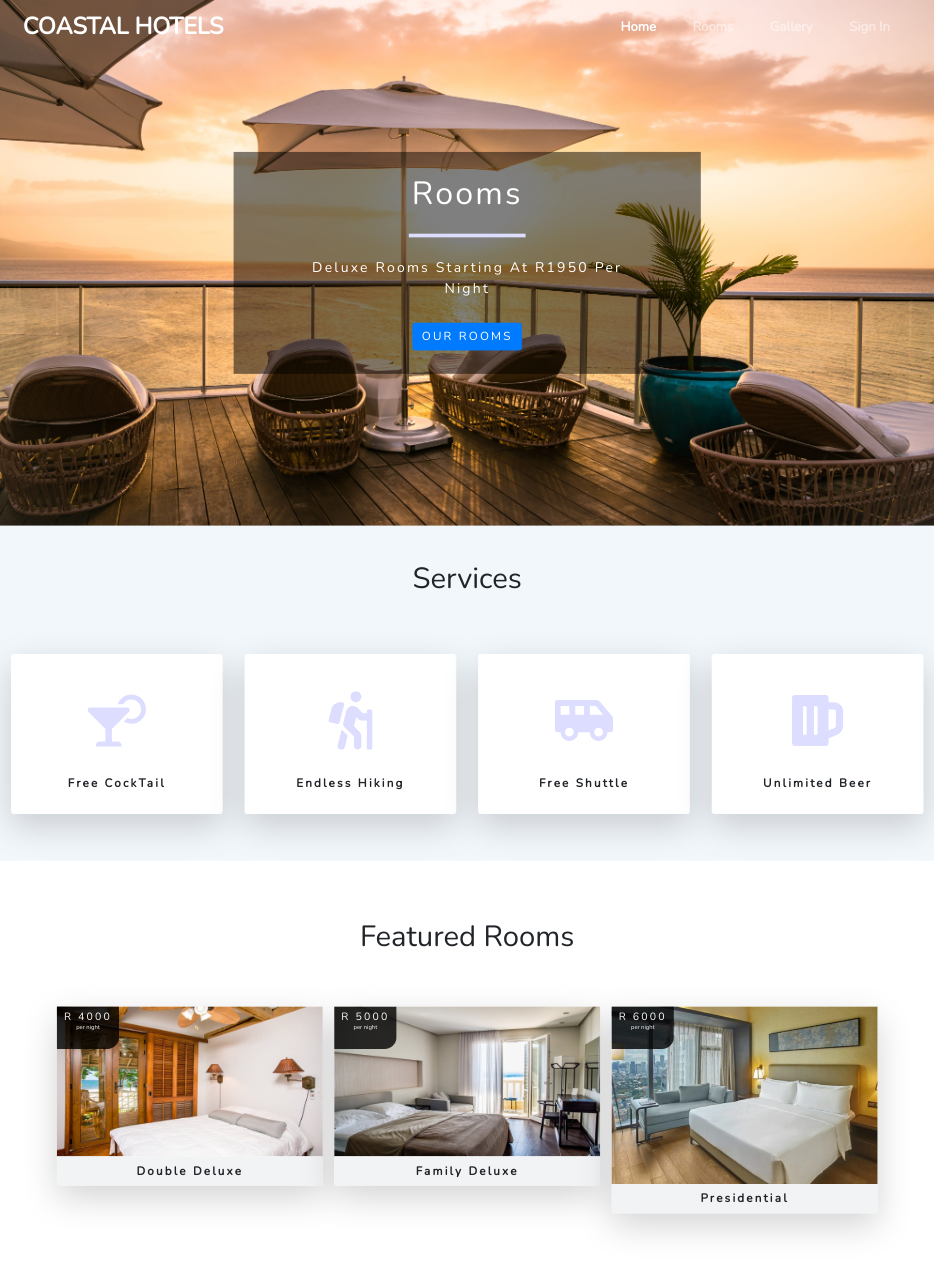
Repository: tebo27cMd/hotel
Page: /
These files come from the project's save history. The page is drawn as it stood at one moment and after the next save; the edit follows.
The browser window is 1280 px wide. The pictures show the whole page, at 73% of full size.
The project was rebuilt for these pictures with package versions that can differ from the ones it lists, and the page was loaded fresh each time. Also part of the build but not shown: src/components/RoomsFilter.jsx, src/components/RoomsList.jsx, src/components/RoomsContainer.jsx, src/pages/Rooms.jsx, src/components/StyledHero.jsx, src/firebase.js, src/pages/SingleRoom.jsx, src/pages/Error.jsx and 7 more.

Above is the page before, as saved 2022-11-16 13:34:02.

### public/index.html
<!DOCTYPE html>
<html lang="en">
  <head>
    <meta charset="utf-8" />
    <link rel="icon" href="%PUBLIC_URL%/favicon.ico" />
    <meta name="viewport" content="width=device-width, initial-scale=1" />
    <meta name="theme-color" content="#000000" />
    <meta
      name="description"
      content="Web site created using create-react-app"
    />
    <link rel="apple-touch-icon" href="%PUBLIC_URL%/logo192.png" />
    <link rel="manifest" href="%PUBLIC_URL%/manifest.json" />
    <title>Hotel Booking App</title>
    <link href="https://fonts.googleapis.com/css2?family=Nunito&display=swap" rel="stylesheet">
  </head>
  <body>
    <noscript>You need to enable JavaScript to run this app.</noscript>
    <div id="root"></div>
  </body>
</html>

### src/index.js
import React from 'react';
import ReactDOM from 'react-dom';
import App from './App';
import './index.css'
import * as serviceWorker from './serviceWorker';
import {RoomProvider} from './context'


ReactDOM.render(
  <React.StrictMode>
  <RoomProvider>
     <App />
  </RoomProvider>
  </React.StrictMode>,
  document.getElementById('root')
);

serviceWorker.unregister();

### src/App.js
import React from 'react';
import './App.css';
import '../node_modules/bootstrap/dist/css/bootstrap.min.css';
import '../node_modules/bootstrap/dist/js/bootstrap.min.js';
import { BrowserRouter,Route,Switch } from 'react-router-dom';
import Home from './pages/Home';
import Rooms from './pages/Rooms';
import SingleRoom from './pages/SingleRoom';
import Error from './pages/Error';
import Navbar from './components/Navbar';
import About from './pages/About';
// import Footer from './components/Footer';
import Contact from './pages/Contact';
import Booknow from './pages/Booknow';
// import Login from './pages/Login';
// import Register from './pages/Register';
import Payment from './pages/Payments';
import Gallery from './pages/gallery';

function App() {
  return (
    <div className="App">
      <BrowserRouter>
        <Navbar/>
        <Switch>
          {/* <Route exact path="/" component={Login}/> */}
          <Route exact path="/" component={Home} />
          <Route path="/about" component={About} />
          <Route path="/contact" component={Contact} />
          <Route path="/rooms/:id" component={SingleRoom} />
          <Route path="/rooms/" component={Rooms}/>
          <Route path="/booknow/:id" component={Booknow} />
          <Route path='/payments' component={Payment}/>
          <Route path='/gallery' component={Gallery}/>
          {/* <Route path='/login' component={Login}/>
          <Route path='/register' component={Register}/> */}
          <Route component={Error}/>
        </Switch>
        {/* <Footer/> */}
      </BrowserRouter>
    </div>
  );
}

export default App;

### src/App.css
@import url('https://fonts.googleapis.com/css2?family=Nunito&display=swap');
body {
  margin: 0;
  padding: 0;
  font-family: 'Nunito', sans-serif;
}
* {
  margin: 0;
  padding: 0;
  box-sizing: border-box;
}
:root {
  --primaryColor: #ddddff;
  --mainWhite: #fff;
  --offWhite: #f7f7f7;
  --mainBlack: #222;
  --mainGrey: #ececec;
  --darkGrey: #cfcfcf;
  --mainTransition: all 0.3s linear;
  --mainSpacing: 3px;
  --lightShadow: 2px 5px 3px 0px rgba(0, 0, 0, 0.5);
  --darkShadow: 4px 10px 5px 0px rgba(0, 0, 0, 0.5);
}
/* globals */
h1 {
  font-size: 3em;
  line-height: 1;
  margin-bottom: 0.5em;
}
h2 {
  font-size: 2em;
  margin-bottom: 0.75em;
}
h3 {
  font-size: 1.5em;
  line-height: 1;
  margin-bottom: 1em;
}
h4 {
  font-size: 1.2em;
  line-height: 1.25;
  margin-bottom: 1.25em;
}
h5 {
  font-size: 1em;
  font-weight: bold;
  margin-bottom: 1.5em;
}
h6 {
  font-size: 1em;
  font-weight: bold;
  margin-bottom: 1.5em;
}

.btn-primary {
  display: inline-block;
  text-decoration: none;
  letter-spacing: var(--mainSpacing);
  color: var(--mainBlack);
  background: var(--primaryColor);
  padding: 0.4rem 0.9rem;
  border: 3px solid var(--primaryColor);
  transition: var(--mainTransition);
  text-transform: uppercase;
  cursor: pointer;
}
.btn-warning {
  display: inline-block;
  text-decoration: none;
  letter-spacing: var(--mainSpacing);
  color: var(--mainBlack);
  background: var(--primaryColor);
  padding: 0.4rem 0.9rem;
  border: 3px solid var(--primaryColor);
  transition: var(--mainTransition);
  text-transform: uppercase;
  cursor: pointer;
}
.btn-primary:hover{
  text-decoration: none;
  background: transparent!important;
  color: #fff!important;
}
.btn-warning:hover{
  text-decoration: none;
  background: transparent!important;
  color: yellow!important;
}
.loading {
  text-transform: capitalize;
  text-align: center;
  margin-top: 3rem;
}
.roomerror{
  margin-top: 100px;
}
.roomerror:hover .error{
  background-color: #2C3E50;
  color: #ffffff!important;
}
.error {
  text-align: center;
  text-transform: uppercase;
  margin: 2rem 0;
}
.empty-search {
  text-align: center;
  text-transform: capitalize;
  margin: 2rem 0;
  padding: 1rem;
  letter-spacing: var(--mainSpacing);
}

/* end of globals */
/* Navbar */
.nav-link{
  padding: 8px 15px;
  margin-left: 10px;
  margin-right: 20px;
  font-size: 18px;
  text-align: center;
  border: 2px solid transparent;
  transition: .5s linear;
  font-weight: 800;
  -webkit-transition: .5s linear;
  -moz-transition: .5s linear;
  -ms-transition: .5s linear;
  -o-transition: .5s linear;
}
.bg-transparent.scrolled {
  background-color: black!important;
  transition:500ms ease;
}

.navbar-brand{
  font-size: 32px!important;
  color: #ffffff!important;
}
.nav-link:hover{
  color: #ffffff;
  border-bottom: 2px solid #ffffff;
}
.nav-link.active_class{
color: #ffffff;
border: 2px solid #ffffff;
font-weight: 800;
}

.form-control{
border: 2px solid #000;
}
.form-control:focus,
.form-control.active {
  border: 2px solid #000000!important;
}
textarea:focus,
textarea.form-control:focus,
input.form-control:focus,
input[type=text]:focus,
input[type=password]:focus,
input[type=email]:focus,
input[type=number]:focus,
[type=text].form-control:focus,
[type=password].form-control:focus,
[type=email].form-control:focus,
[type=tel].form-control:focus,
[contenteditable].form-control:focus {
box-shadow: inset 0 -1px 0 #ddd;
}


/* end of navbar */
/* Hero */
.defaultHero,
.roomsHero {
  min-height: calc(100vh - 0px);
  background: url("./images/bg1.jpeg") center/cover no-repeat;
  display: flex;
  align-items: center;
  justify-content: center;
  position: relative;
}
.roomsHero {
  background-image: url("./images/room-2.jpg");
  min-height: calc(100vh - 0px);
}
.singleRoom {
  background-image: url("./images/room-3.jpeg");
  min-height: calc(100vh - 0px);
}
.roomsError{
  background-image: url("./images/error.jpg");
  min-height: calc(100vh - 0px);
}
.lost{
  font-size: 44px;
  color: yellow;
  text-align: center;
}
/* End of Hero */
/* Banner */
.banner {
  display: inline-block;
  position: absolute!important;
  background: rgba(0, 0, 0, 0.5)!important;
  color: var(--mainWhite);
  text-align: center;
  text-transform: capitalize;
  letter-spacing: var(--mainSpacing);
  top: 50%;
  left: 50%;
  transform: translate(-50%, -50%);
}
.banner h1 {
  font-size: 44px!important;
}
.banner div {
  width: 10rem;
  height: 5px;
  background: var(--primaryColor);
  margin: 1.7rem auto;
}
.banner p {
  font-size: 1.2rem;
  margin-bottom: 2rem;
}
@media screen and (max-width: 576px) {
  .banner {
    padding: 2rem 3rem!important
  }
  .banner h1 {
    font-size: 32px!important;
  }
}
@media screen and (min-width: 992px) {
  .banner {
    padding: 2rem 6rem;
  }
  .banner h1 {
    font-size: 4rem;
  }
}
/* End of Banner */
/* Title */
.section-title {
  text-align: center;
  margin-bottom: 4rem;
}
.section-title h4 {
  font-size: 2rem;
  letter-spacing: var(--mainSpacing);
  text-transform: capitalize;
  margin-bottom: 1rem;
}
.section-title div {
  width: 5rem;
  height: 5px;
  margin: 0 auto;
  background: var(--primaryColor);
}
/* end of Title */

/* services */
.services {
  padding: 3rem 0;
}
.services {
  background: #F2F7FB;
  text-align: center;
}

.service span {
  display: inline-block;
  color: var(--primaryColor);
  font-size: 80px;
  margin-bottom: 1.5rem;
  transition: 1s linear;
  -webkit-transition: 1s linear;
  -moz-transition: 1s linear;
  -ms-transition: 1s linear;
  -o-transition: 1s linear;
}
.services span:hover{
  transform: rotate(360deg);
  -webkit-transform: rotate(360deg);
  -moz-transform: rotate(360deg);
  -ms-transform: rotate(360deg);
  -o-transform: rotate(360deg);
}
.services h6 {
  letter-spacing: var(--mainSpacing);
  font-weight: 1000;
  text-transform: capitalize;
}
.services p {
  width: 80%;
  margin: 0 auto;
}
@media screen and (min-width: 992px) {
  .services-center {
    width: 95vw;
    max-width: 1170px;
  }
}

@media screen and (min-width: 1200px) {
  .services p {
    width: 100%;
  }
}
/*end of services */
/* featured rooms */

.featured-rooms {
  padding: 5rem 0;
}

/* end pf featured rooms */
/* room */
.room {
  transition: 0.4s linear;
  -webkit-transition: 0.4s linear;
  -moz-transition: 0.4s linear;
  -ms-transition: 0.4s linear;
  -o-transition: 0.4s linear;
  position: relative;
}
.room:hover {
  box-shadow: 0px 9px 18px rgba(0, 0, 0, 0.5)!important;
}

.price-top {
  position: absolute;
  top: 0;
  left: 0;
  background: rgba(0, 0, 0, 0.8);
  color: var(--mainWhite);
  padding: 0.3rem 0.6rem 0.5rem;
  border-bottom-right-radius: 1rem;
  font-size: 0.5rem;
  text-align: center;
  transition: 0.4s linear;
  -webkit-transition: 0.4s linear;
  -moz-transition: 0.4s linear;
  -ms-transition: 0.4s linear;
  -o-transition: 0.4s linear;
}
.price-top h6 {
  margin-bottom: 0;
  font-size: 0.9rem;
  font-weight: 300;
  letter-spacing: var(--mainSpacing);
}
.room-link {
  position: absolute;
  bottom: 0;
  right: 0;
  opacity: 0;
  transition: all 0.3s linear;
}
.room:hover {
  background: rgba(0, 0, 0, 0.8);
}
.room:hover img {
  opacity: 0.3;
}
.room:hover .price-top {
  opacity: 0;
}
.room:hover .room-link {
  opacity: 1;
  transform: translate(-90%, -200%) scale(1);
  -webkit-transform: translate(-90%, -200%) scale(1);
  -moz-transform: translate(-90%, -200%) scale(1);
  -ms-transform: translate(-90%, -200%) scale(1);
  -o-transform: translate(-90%, -200%) scale(1);
}
.room-info {
  background: #F2F3F4;
  text-transform: capitalize;
  padding: 0.5rem 0;
  text-align: center;
  font-weight: 700;
  letter-spacing: var(--mainSpacing);
  margin-bottom: 0;
}
/* end of room  */
/* single room*/

.single-room {
  padding: 5rem 0 0 0;
}
.single-room-images {
  width: 80vw;
  margin: 0 auto;
  display: grid;
  grid-template-columns: repeat(auto-fit, minmax(350px, 1fr));
  grid-row-gap: 2rem;
  grid-column-gap: 50px;
}
.single-room-images img {
  width: 100%;
  display: block;
}
.single-room-info {
  width: 80vw;
  display: grid;
  grid-template-columns: 1fr;
  margin: 2rem auto;
}
.desc,
.info {
  margin: 1rem 0;
}
.desc h3 {
  text-transform: capitalize;
  letter-spacing: var(--mainSpacing);
}
.desc p {
  line-height: 1.5;
}
.info h3,
.info h6 {
  text-transform: capitalize;
  letter-spacing: var(--mainSpacing);
}

.info h6 {
  font-weight: 300;
}
.room-extras {
  width: 80vw;
  margin: 0 auto 3rem auto;
}
.room-extras h6 {
  text-transform: capitalize;
  letter-spacing: var(--mainSpacing);
}
.extras {
  list-style-type: none;
  display: grid;
  grid-template-columns: repeat(auto-fit, minmax(330px, 1fr));
  grid-column-gap: 2rem;
  grid-row-gap: 1rem;
}
@media screen and (min-width: 992px) {
  .single-room-images,
  .single-room-info,
  .room-extras {
    width: 95vw;
    max-width: 1170px;
  }
  .single-room-info {
    display: grid;
    grid-template-columns: 1fr 1fr;
    grid-column-gap: 2rem;
  }
  .info {
    padding-left: 3rem;
  }
}
/* end of single room*/
/* roomlist */
.roomslist {
  padding: 5rem 0;
}
.roomslist-center {
  width: 80vw;
  margin: 0 auto;
  display: grid;
  grid-template-columns: repeat(auto-fill, minmax(270px, 1fr));
  grid-row-gap: 2rem;
  grid-column-gap: 30px;
}

@media screen and (min-width: 776px) {
  .roomslist-center {
    width: 90vw;
  }
}
@media screen and (min-width: 992px) {
  .roomslist-center {
    width: 95vw;
    max-width: 1170px;
  }
}
/* end of roomlist */
/*  rooms fitler*/
/* .filter-container {
  padding: 5rem 0;
}

.form-group {
  text-transform: capitalize;
}
.form-group label {
  display: block;
  letter-spacing: var(--mainSpacing);
  margin-bottom: 0.5rem;
} */

.single-extra label {
  display: inline-block;
  font-size: 0.8rem;
  margin-left: 0.5rem;
}

/* end of rooms fitler*/

/* aboutus */

.aboutus,.contact{
  margin-top: 100px!important;
}
.about_company,.team{
  padding: 60px 30px;
}
.about_info{
  letter-spacing: 40;
}
.carousel-inner{
  min-height: 400px!important;
  max-height: 400px!important;
}
.connect{
  font-size: 44px!important;
  padding: 5px 8px;
}
/*  */
.container-log{
  display: flex;
  width: 100vw;
  height: 100vh;
  background:url(./images/back.jpg);
  background-size: cover;
justify-content: center;
}


.details{
  padding-top: 200px;
  content:center ;
  /* place-content: ; */
}

.put{
  width:50px;
  font-size: 20px;
  margin-top:10px;
  padding-right: 30px;
}

.put label{
 width: 500px;
 /* height: 100px; */
 font-size: 0.9em;
}

#det{
  width: 300px;
  height: 30px;
  border-radius: 10px;
  border: 1px solid rgb(110, 9, 177);
}

.btn-login{
  display: flex;
  font-size: 19px;
  border-radius:9px;
  color:white;
  background: rgb(255, 98, 0);
  box-shadow:  black 0px 15px 12px;
  outline: none;
  cursor: pointer;
  margin-top: 20px;
  width: 60px;


}
.acc{
  display: flex;
  flex-direction: row;
}

.acc span{
  padding-top:15px;
}
.btnl{
  display: flex;
  justify-content: center;
}


.containerreg{

  padding-top: 200px;
  display: grid;
  background:url(./images/back.jpg);
  background-size: cover;
}

.input{
  width:300px;
  margin-bottom:5px ;
}
#input{
  height: 40px;
  width: 350px;
  border-radius:10px;
  border: 1px solid rgb(110, 9, 177);
}

.input label{
  font-size: 1.1em;
}

.Register{
  background-size: cover;
  display: flex;
  flex-direction: column;
  align-items: center;
  width: 400px;
  margin:auto;
}

.btn-reg{
  display: flex;
  font-size: 20px;
  border-radius:25px;
  color:white;
  background: blue;
  box-shadow:  black 0px 15px 12px;
  outline: none;
  cursor: pointer;
  transition: all 0.1s;


}

### src/pages/Home.jsx
import React from 'react'
import Hero from '../components/Hero';
import Banner from '../components/Banner';
import { Link } from 'react-router-dom';
import Services from '../components/Services';
import FeaturedRooms from '../components/FeaturedRooms';

export default function Home() {
    return (
        <>
        <Hero hero="defaultHero">
        </Hero>
        <Banner title="Rooms" subtitle="deluxe rooms starting at R1950 per night">
                <Link to="/rooms" className="btn btn-primary">
                      Our Rooms
                </Link>
        </Banner>
        <Services/>
        <FeaturedRooms/>
        </>

    )
}

### src/components/Navbar.jsx
import React from 'react';
import {NavLink} from 'react-router-dom';
import { FaAlignRight } from 'react-icons/fa';
import jquery from 'jquery';

// for changing navbar  color
jquery(window).scroll(function() {
jquery('nav').toggleClass('scrolled', jquery(this).scrollTop() > 0);
})

const Navbar = () => {
    return (
    <>
        <nav className="navbar navbar-expand-sm navbar-dark bg-transparent py-2 fixed-top">
            <div className="container-fluid ">
                <span className="navbar-brand font-weight-bolder">COASTAL HOTELS</span>
                <a href="void(0)" className="navbar-toggler border-0" data-toggle="collapse" data-target="#navbarSupportedContent" aria-controls="navbarSupportedContent" aria-expanded="false" aria-label="Toggle navigation">
                    <span>
                        <FaAlignRight className="nav-icon" /></span>
                </a>
                <div className="collapse navbar-collapse" id="navbarSupportedContent">
                    <ul className="navbar-nav ml-auto">
                        <li className="nav-item">
                            <NavLink className="nav-link"   to="/">Home</NavLink>
                        </li>
                        <li className="nav-item">
                            <NavLink className="nav-link"   to="/rooms">Rooms</NavLink>
                        </li>
                        <li className="nav-item">
                            <NavLink className="nav-link"   to="/Gallery">Gallery</NavLink>
                        </li>
                        <li className="nav-item">
                            <NavLink className="nav-link"   to="/login">Sign In</NavLink>
                        </li>
                    </ul>
                </div>
            </div>
        </nav>
    </>
    );
}
export default Navbar;

### src/components/Hero.jsx
import React from 'react'

export default function Hero({childern, hero}) {
    return <header className={hero}>{childern}</header>;

}

Hero.defaulProps ={
    hero:"defaultHero"
};

### src/components/Banner.jsx
import React from 'react'

export default function Banner({ children , title , subtitle  }) {
    return (
        <div className="banner">
            <h1>{title}</h1>
            <div/>
            <p>{subtitle}</p>
             {children}
        </div>
    )
}

### src/components/Services.jsx
import React, { Component } from 'react'
import Title from './Title'
import {FaCocktail, FaHiking , FaShuttleVan,FaBeer} from 'react-icons/fa'

export default class Services extends Component {
    state={
        services:[
            {
                icon:<FaCocktail/>,
                title: "Free CockTail",

            },
            {
                icon:<FaHiking/>,
                title: "Endless Hiking",

            },
            {
                icon:<FaShuttleVan/>,
                title: "Free Shuttle",

            },
            {
                icon:<FaBeer/>,
                title: "Unlimited Beer",

            },

        ]
    }
    render() {
        return (
            <div className="container-fluid services">
             <Title title="Services" />
                <div className="row">
                   {this.state.services.map((item, index) => {
                      return(
                        <div className="col-md-4 col-lg-3 col-12 mx-auto my-3" key={index}>
                            <div className="card shadow-lg border-0 p-4">
                                <article className="service">
                                <span>{item.icon}</span>
                                <h6>{item.title}</h6>
                                <p>{item.info}</p>
                                </article>
                           </div>
                        </div>
                      )
                   })}
                </div>
            </div>
        )
    }
}

### src/components/FeaturedRooms.jsx
import React, { Component } from 'react'
import { RoomContext } from '../context'
import Loading from './Loading';
import Room from './Room';
import Title from './Title';

export default class FeaturedRooms  extends Component {
    static contextType = RoomContext;
    render() {
        let { loading, featuredRooms : rooms } = this.context;
        console.log(rooms);
        rooms = rooms.map(room => {
            return <Room key={room.id} room={room}/>
        });
        return (

            <section className="featured-rooms container">
                <Title  title="Featured Rooms" />
                <div className="row">
                  {loading ? <Loading/> : rooms}
                </div>
            </section>
        )
    }
}

### src/components/Title.jsx
import React from 'react'

export default function Title({title}) {
    return (
        <div className="section-title">
            <h1>{title}</h1>
            {/* <div/> */}
        </div>
    )
}

### src/components/Loading.js
import React from 'react'
import loadingGif from '../images/gif/loading-arrow.gif';
export default function Loading() {
    return (
        <div className="loading">
           <h4>Rooms data loading...</h4>
           <img  src={loadingGif} alt="loading please wait"/>
        </div>
    )
}

### src/components/Room.jsx
import React from 'react';
import {Link} from 'react-router-dom';
import defaultImg from '../images/room-1.jpeg';
import PropTypes from 'prop-types';

export default function Room({room}) {
    const { name , id, images, price } = room;
    return (
        <div className="col-md-4 col-12 mx-auto p-2">
            <div className="card shadow-lg border-0 room">
                <img src={images[0] || defaultImg} alt="single room" className="img-fluid"/>
                <div className="price-top">
                    <h6>R {price}</h6>
                    <p>per night</p>
                </div>
                <Link to={`/rooms/${id}`} className="btn-warning room-link text-center" >Features</Link>
              <p className="room-info">{name}</p>
            </div>
        </div>
    )
}

Room.propTypes = {
    room: PropTypes.shape({
        name:PropTypes.string.isRequired,
        id:PropTypes.string.isRequired,
        images:PropTypes.arrayOf(PropTypes.string).isRequired,
        price:PropTypes.number.isRequired,
    })
}

Loaded but not shown: src/index.css (common file); src/serviceWorker.js (common file); src/data.js (760 lines, source omitted); src/context.js (116 lines, source omitted)

After the next save:
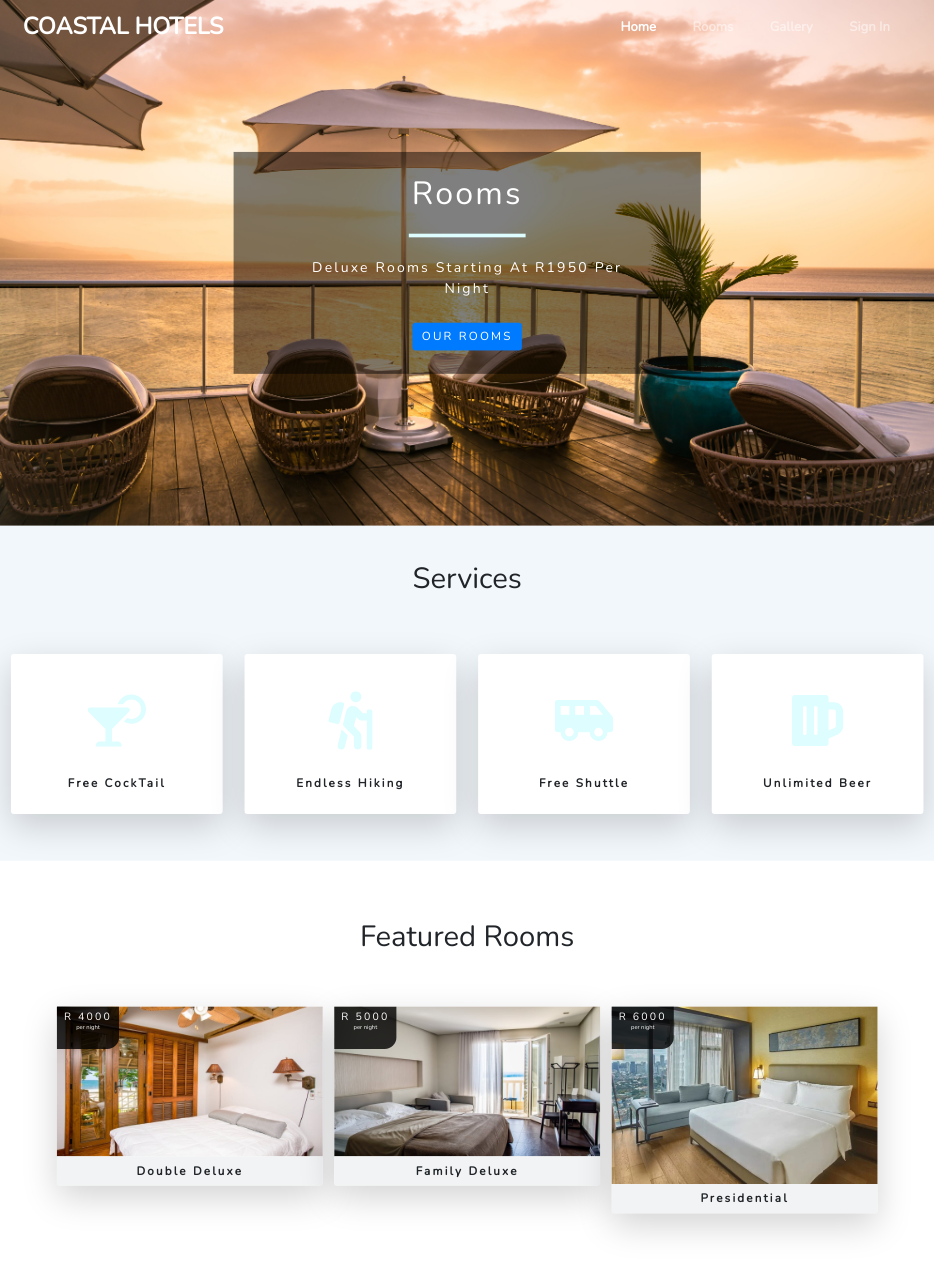
Saved 8 s later.
--- a/src/App.css
+++ b/src/App.css
@@ -10,7 +10,7 @@ body {
   box-sizing: border-box;
 }
 :root {
-  --primaryColor: #ddddff;
+  --primaryColor: #ddfdff;
   --mainWhite: #fff;
   --offWhite: #f7f7f7;
   --mainBlack: #222;
